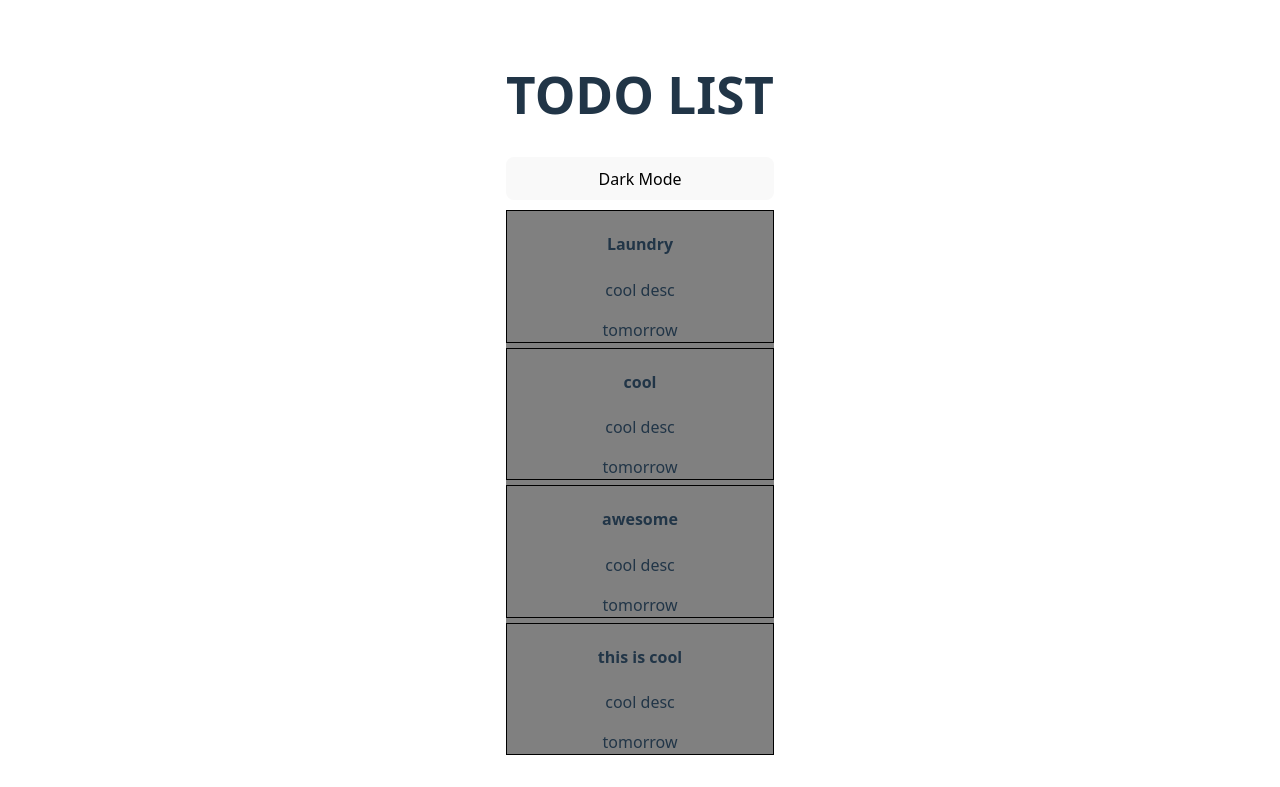
Repository: DISC-NU/workshop-3-activites
Page: /
The author's editor kept a copy of each file at every save. The page is drawn from the files as they stood at one save, then again after the next save.
The browser window is 1280 px wide. The pictures show the whole page.
The project was rebuilt for these pictures with package versions that can differ from the ones it lists, and the page was loaded fresh each time. Also part of the build but not shown: vite.config.js.

Above is the page before, as saved 2025-10-06 19:29:07.

### src/App.jsx
import './App.css'

function Item({ title, description, deadline }) {
  return(
    <div style={{ border: '1px solid black' }}>
      <h4>{title}</h4>
      <p>{description}</p>
      <span>{deadline}</span>
    </div>
  );
}

function App() {
  return(
    <main style={{ display: 'flex', justifyContent: 'center', flexDirection: 'column' }}>
      <h1>TODO LIST</h1>
      <button
        style={{ marginBottom: 10}}
        onClick={() => {}}
      >
        Dark Mode
      </button>
      <div style={{ width: '100%', display: 'flex', flexDirection: 'column', gap: 5, backgroundColor: 'gray' }}>
        <Item title='Laundry' description='cool desc' deadline='tomorrow' />
        <Item title='cool' description='cool desc' deadline='tomorrow' />
        <Item title='awesome' description='cool desc' deadline='tomorrow' />
        <Item title='this is cool' description='cool desc' deadline='tomorrow' />
      </div>
    </main>
  );
}

export default App

### src/App.css
#root {
  margin: 0 auto;
  padding: 2rem;
  text-align: center;
}

.task {
  border: 1px solid black;
  margin-bottom: 10px;
}

Loaded but not shown: index.html (common file); src/main.jsx (common file); src/index.css (common file)

After the next save:
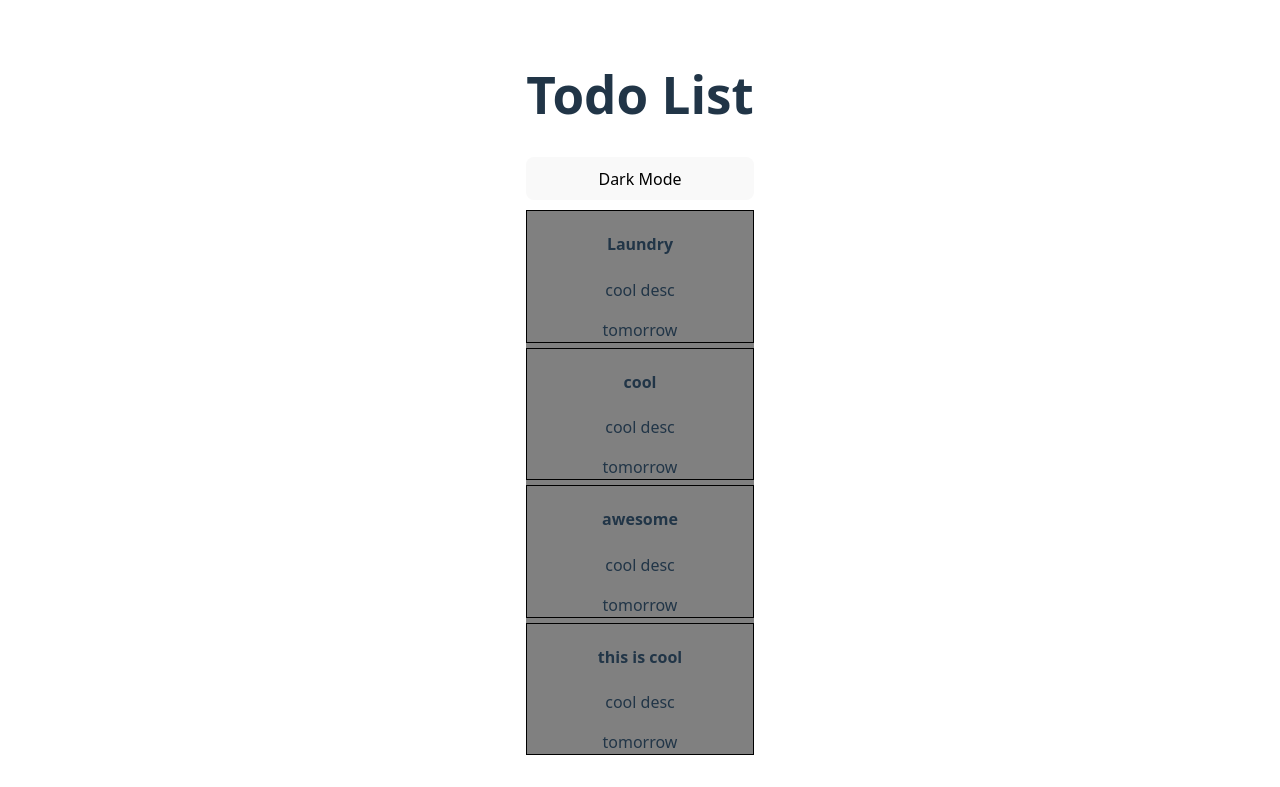
Saved 7 min 2 s later.
--- a/src/App.jsx
+++ b/src/App.jsx
@@ -10,10 +10,16 @@ function Item({ title, description, deadline }) {
   );
 }
 
+function Title({ title }) {
+  return (
+    <h1>{title}</h1>
+  )
+}
+
 function App() {
   return(
     <main style={{ display: 'flex', justifyContent: 'center', flexDirection: 'column' }}>
-      <h1>TODO LIST</h1>
+      <Title title="Todo List" />
       <button
         style={{ marginBottom: 10}}
         onClick={() => {}}
